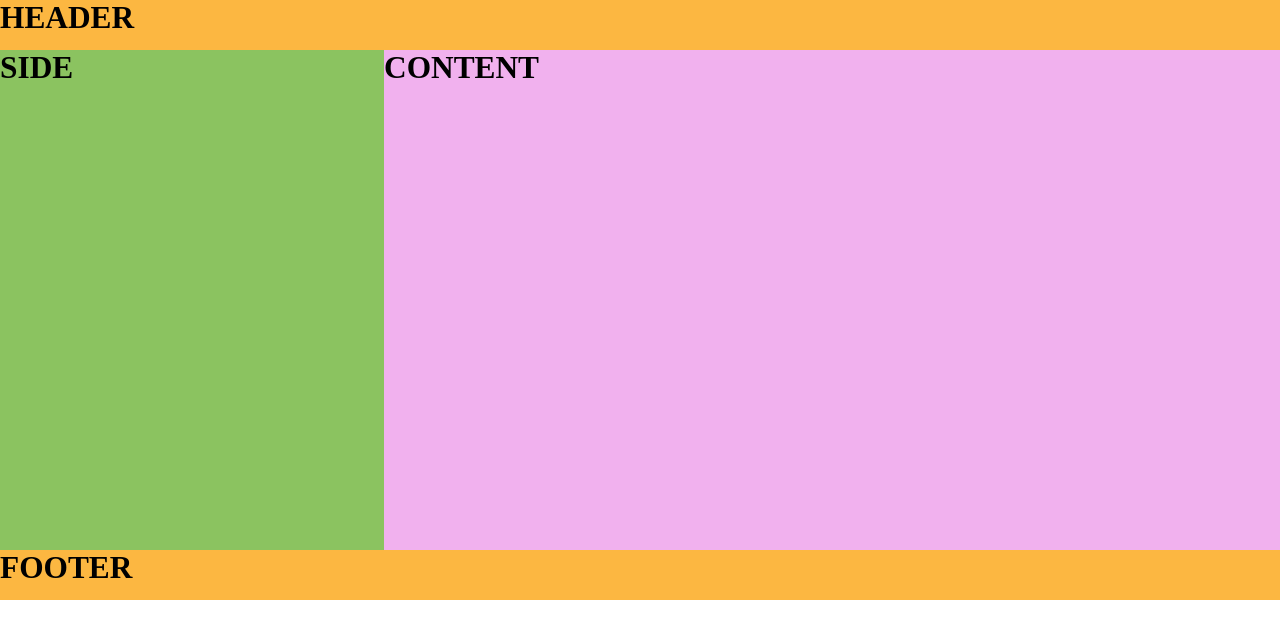
Repository: DuongThanhLong/Basic-responsive-HTML--CSS
Page: Flexbox/index.html
These files come from the project's save history. The page is drawn as it stood at one moment and after the next save; the edit follows.
The browser window is 1280 px wide. The pictures show the whole page.

Above is the page before, as saved 2021-09-21 20:18:58.

### Flexbox/index.html
<!DOCTYPE html>
<html lang="en">

<head>
    <meta charset="UTF-8">
    <meta http-equiv="X-UA-Compatible" content="IE=edge">
    <meta name="viewport" content="width=device-width, initial-scale=1.0">
    <title>Flexbox</title>
    <link rel="stylesheet" href="./style.css">
</head>

<body>
    <header>HEADER</header>
    <div class="center">
        <div class="side">SIDE</div>
        <div class="content">CONTENT</div>
    </div>
    <footer>FOOTER</footer>
</body>

</html>

### Flexbox/style.css
* {
    box-sizing: inherit;
    margin: 0;
    padding: 0;
    font-size: 1.4rem;
}

header {
    font-weight: bold;
    background-color: #FCB741;
    height: 50px;
}

.center {
    display: flex;
    height: 500px;
}

.side {
    font-weight: bold;
    width: 30%;
    background-color: #8BC360;
}

.content {
    font-weight: bold;
    width: 70%;
    background-color: #F1B1EE;
}

footer {
    font-weight: bold;
    background-color: #FCB741;
    height: 50px;
}

After the next save:
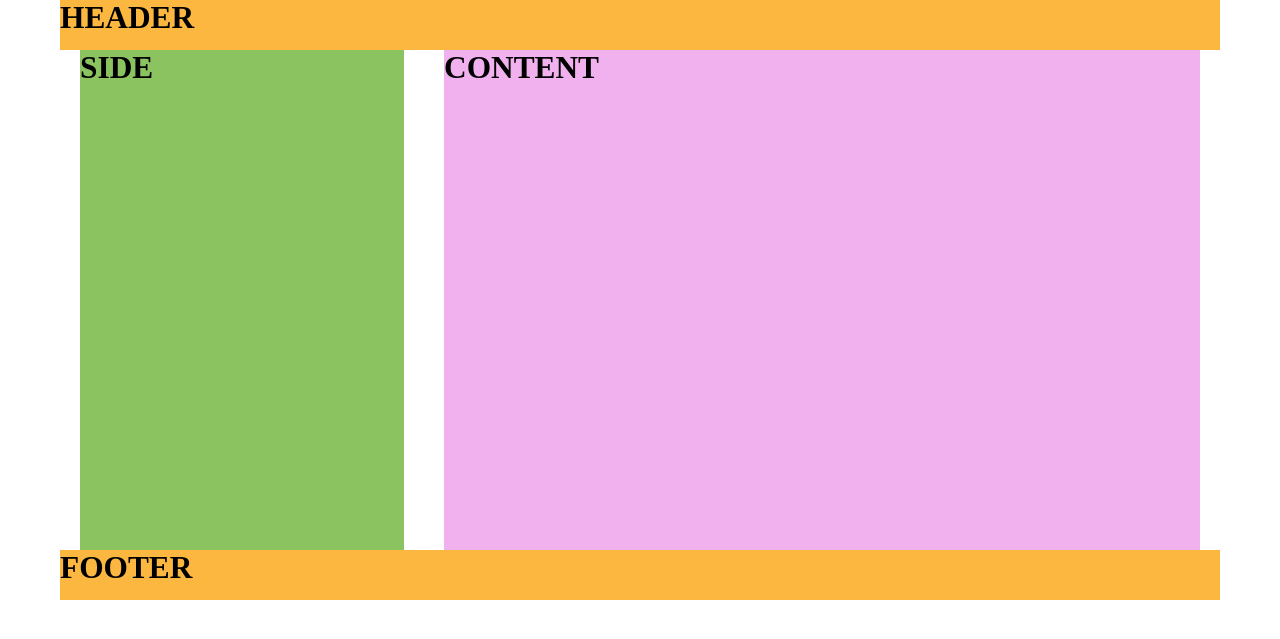
Saved 29 s later.
--- a/Flexbox/style.css
+++ b/Flexbox/style.css
@@ -1,6 +1,6 @@
 * {
     box-sizing: inherit;
-    margin: 0;
+    margin: 0 20px 0 20px;
     padding: 0;
     font-size: 1.4rem;
 }
